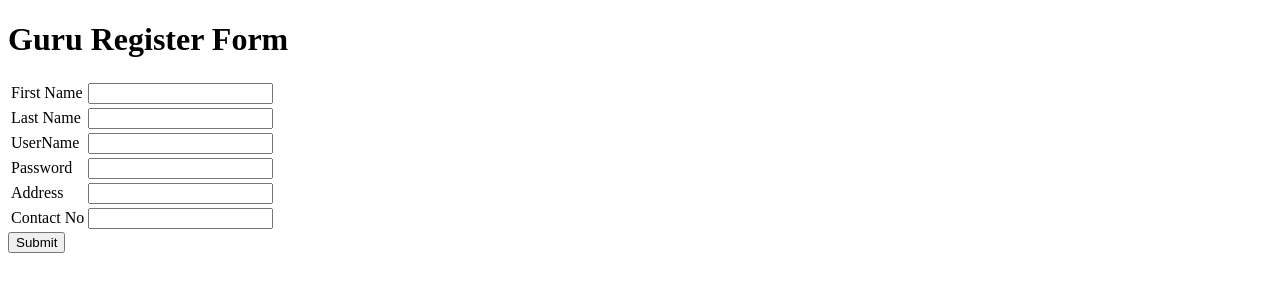
Repository: isaurabhkr/Spring-JavaCourse-101
Page: http://localhost/Web/Form.jsp
These files come from the project's save history. The page is drawn as it stood at one moment and after the next save; the edit follows.
The browser window is 1280 px wide. The pictures show the whole page.
The page is served by Tomcat 9.

Above is the page before, as saved 2019-08-06 03:39:33.

After the next save:
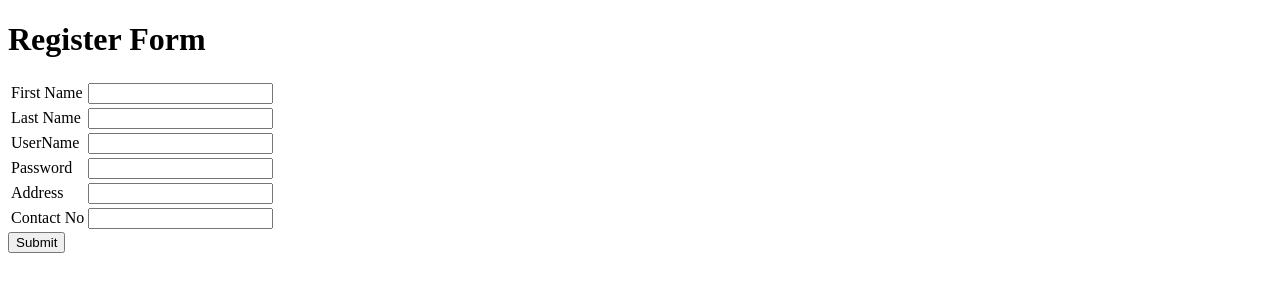
Saved 3 min 29 s later.
--- a/Spring/WP/Web/WebContent/Form.jsp
+++ b/Spring/WP/Web/WebContent/Form.jsp
@@ -4,10 +4,10 @@
 <html>
 <head>
 <meta http-equiv="Content-Type" content="text/html; charset=ISO-8859-1">
-<title>Guru Registration Form</title>
+<title> Registration Form</title>
 </head>
 <body>
-<h1>Guru Register Form</h1>
+<h1> Register Form</h1>
 <form action="Register" method="post">
 			<table style="with: 50%">
 				<tr>
